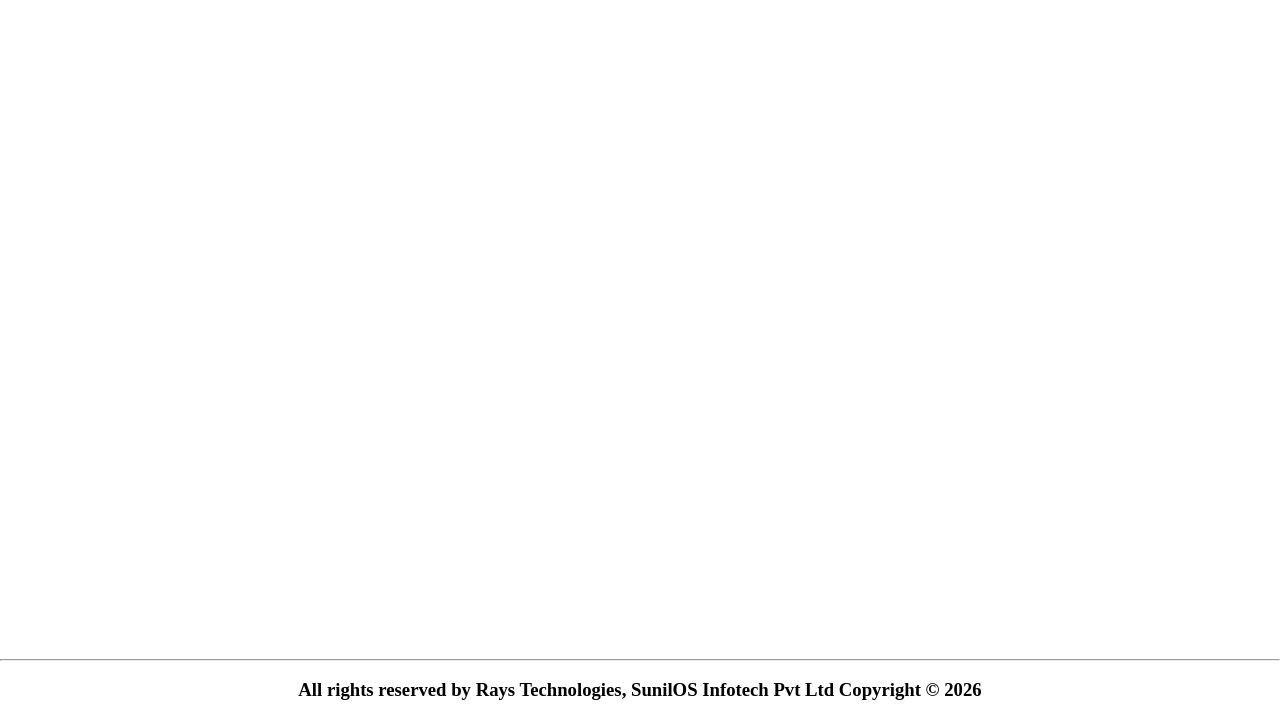
Repository: Adityayadav26/Advance-Java
Page: http://localhost/My-Web-Project/Footer.jsp
The author's editor kept a copy of each file at every save. The page is drawn from the files as they stood at one save, then again after the next save.
The browser window is 1280 px wide. The pictures show the whole page.
The page is served by Tomcat 9.

Above is the page before, as saved 2026-01-29 10:48:31.

After the next save:
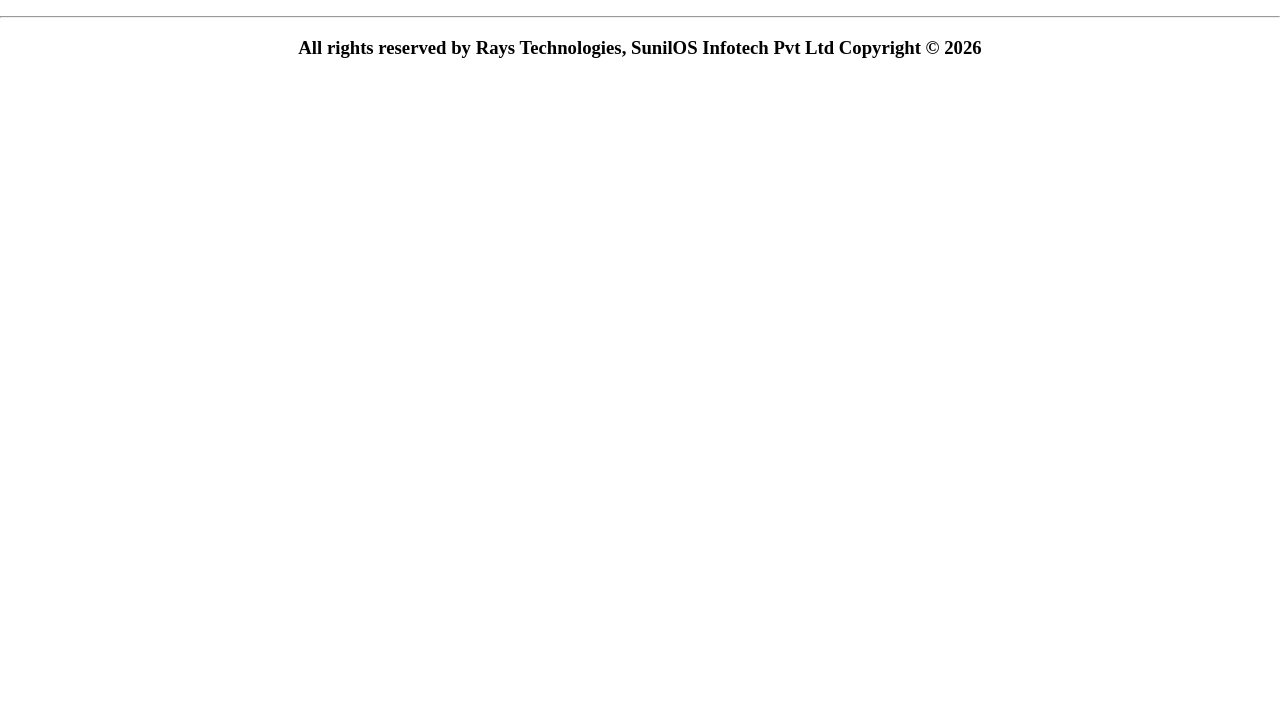
Saved 43 s later.
--- a/JspServlet/My-Web-Project/WebContent/Footer.jsp
+++ b/JspServlet/My-Web-Project/WebContent/Footer.jsp
@@ -11,7 +11,6 @@
 	position: fixed;
 	left: 0;
 	width: 100%;
-	bottom: 0;
 	text-align: center;
 }
 </style>
